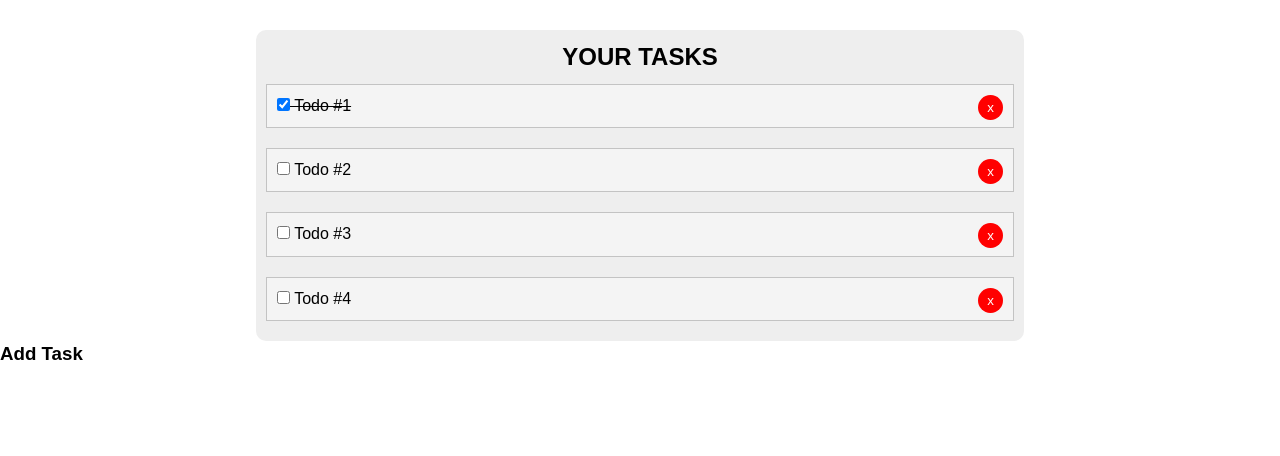
Repository: n0rthern-light/vuejs-taskmanager
Page: /
These files come from the project's save history. The page is drawn as it stood at one moment and after the next save; the edit follows.
The browser window is 1280 px wide. The pictures show the whole page.
The project was rebuilt for these pictures with package versions that can differ from the ones it lists, and the page was loaded fresh each time.

Above is the page before, as saved 2019-02-18 16:01:39.

After the next save:
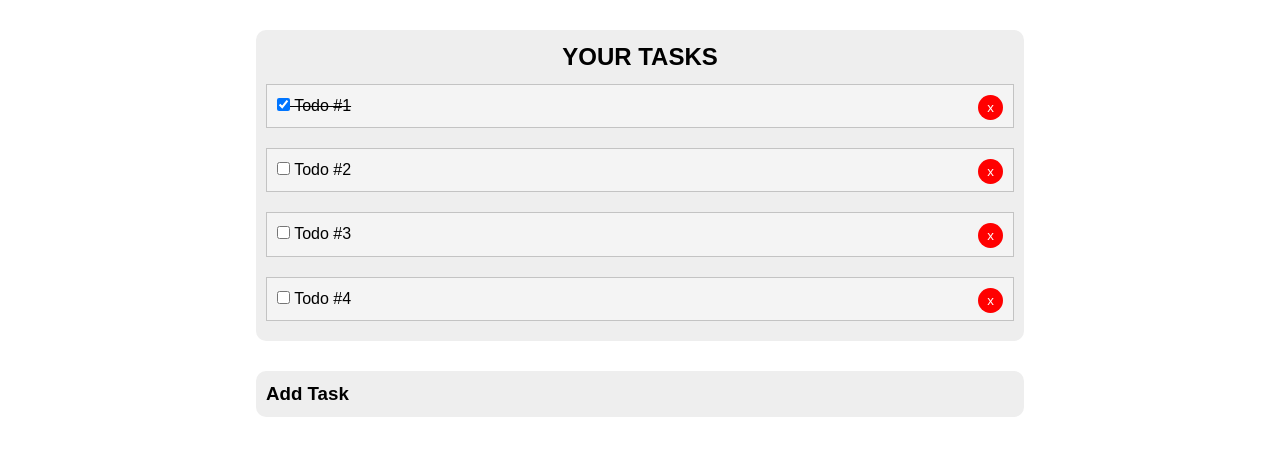
Saved 14 s later.
--- a/src/components/TodoAdd.vue
+++ b/src/components/TodoAdd.vue
@@ -16,5 +16,14 @@ export default {
 </script>
 
 <style scoped>
-
+.container {
+  padding: 10px;
+  background-color: #eee;
+  border-radius: 10px;
+  margin: 30px auto 0 auto;
+  width: 80%;
+  max-width: 768px;
+  display: flex;
+  flex-direction: column;
+}
 </style>
